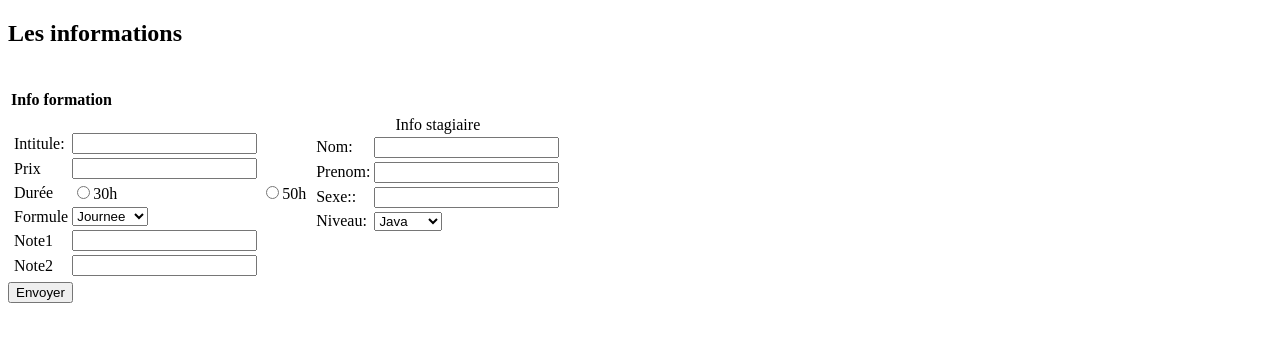
Repository: imouahrani/Gestion-des-stagiaires_JAVAEE
Page: http://localhost/TestProject/Formation.jsp
An editor plug-in stored every save of this project. The page is shown before and after the next save, followed by the edit.
The browser window is 1280 px wide. The pictures show the whole page.
The page is served by Tomcat 9. The template is opened directly, without the code that normally fills it, so the values that code supplies are empty.

Above is the page before, as saved 2018-08-01 13:07:43.

After the next save:
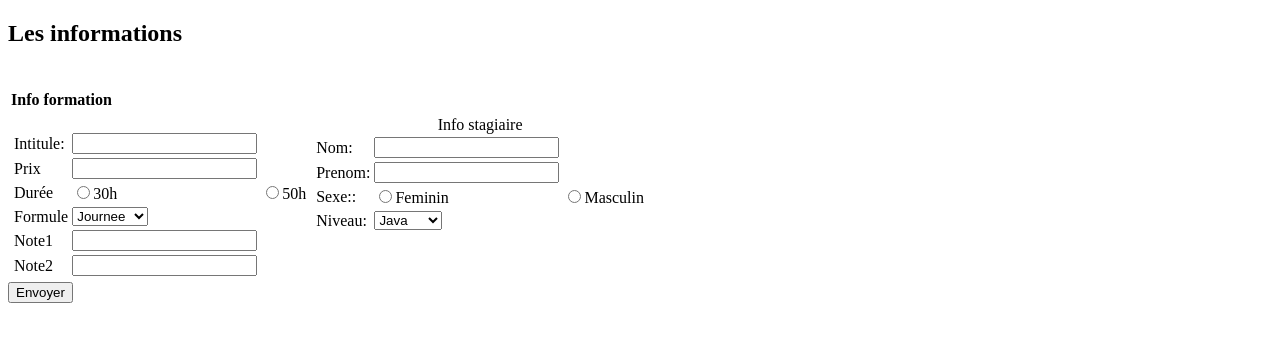
Saved 6 min 51 s later.
--- a/Formation Java Entreprise Edition/TestProject/WebContent/Formation.jsp
+++ b/Formation Java Entreprise Edition/TestProject/WebContent/Formation.jsp
@@ -129,7 +129,8 @@
 
 <tr>
 							<td>Sexe::</td>
-							<td><input type="text" name="sexe"></td>
+							<td><input type="radio" name="sexe">Feminin</td>
+							<td><input type="radio" name="sexe">Masculin</td>
 
 
 						</tr>
